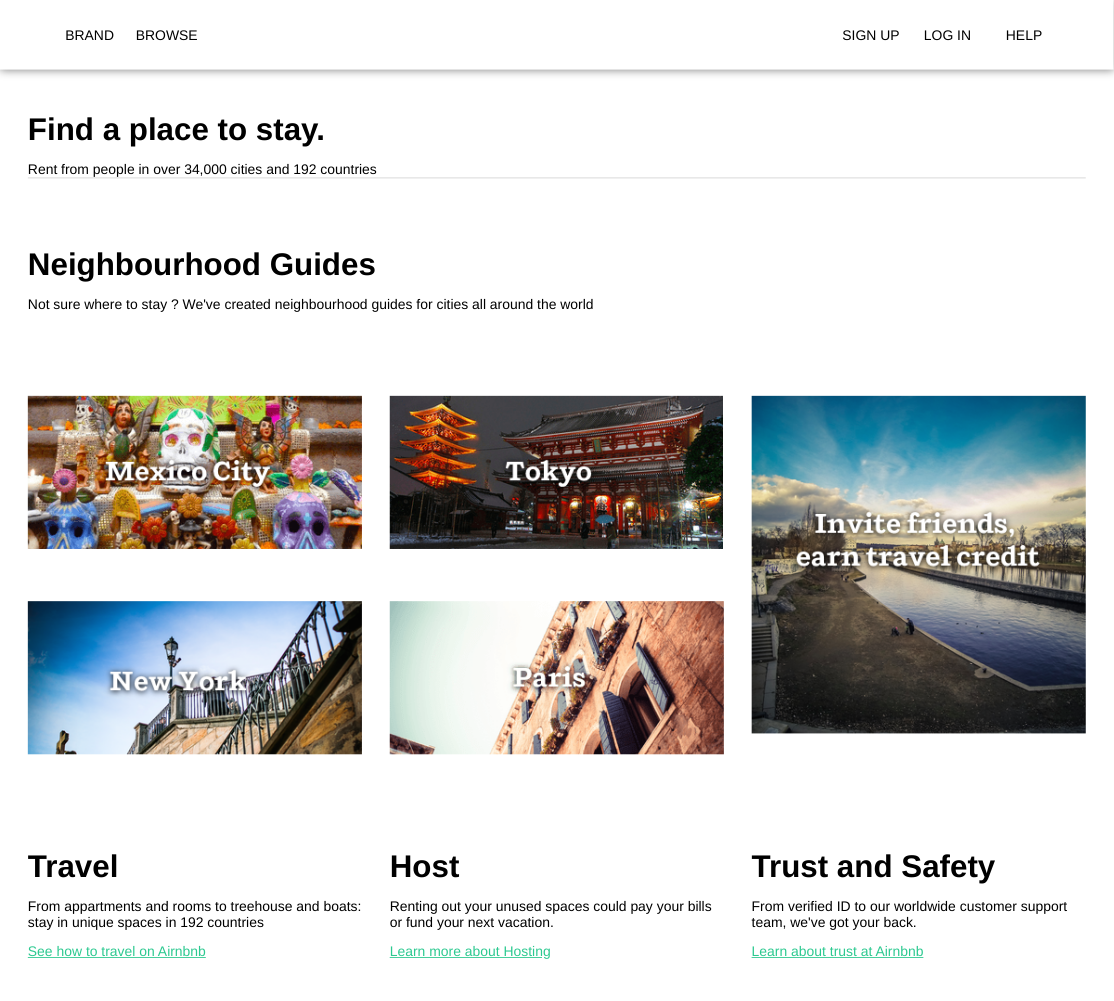
Repository: Naohonproject/web101x02-asm3
Page: Project3.html
An editor plug-in stored every save of this project. The page is shown before and after the next save, followed by the edit.
The browser window is 1280 px wide. The pictures show the whole page, at 87% of full size.

Above is the page before, as saved 2022-01-22 15:31:25.

After the next save:
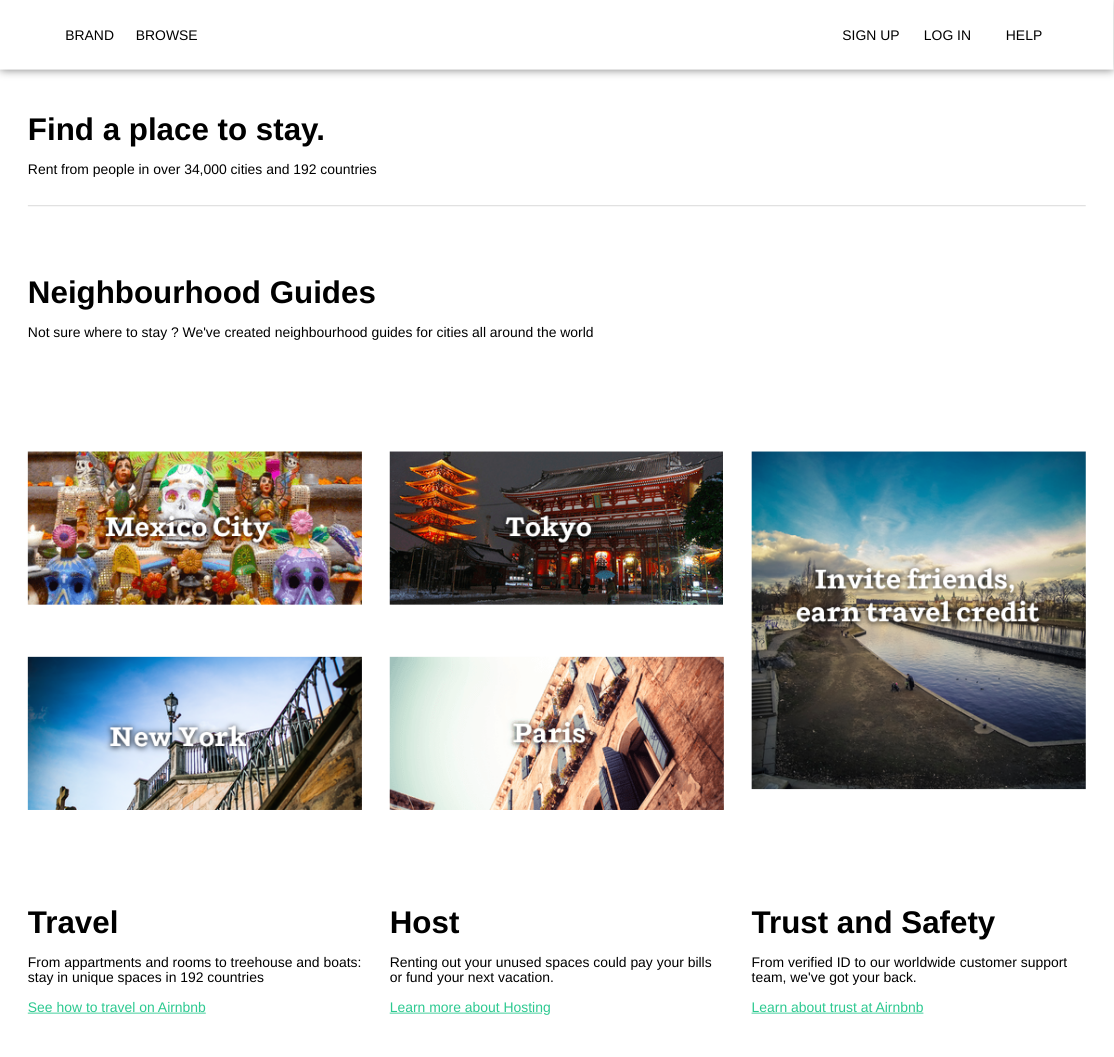
Saved 17 s later.
--- a/assets/css/responsive.css
+++ b/assets/css/responsive.css
@@ -90,7 +90,7 @@
 	}
 
 	div[class*="-desc"] {
-		margin-top: 16px;
+		padding-bottom: 32px;
 	}
 }
 
